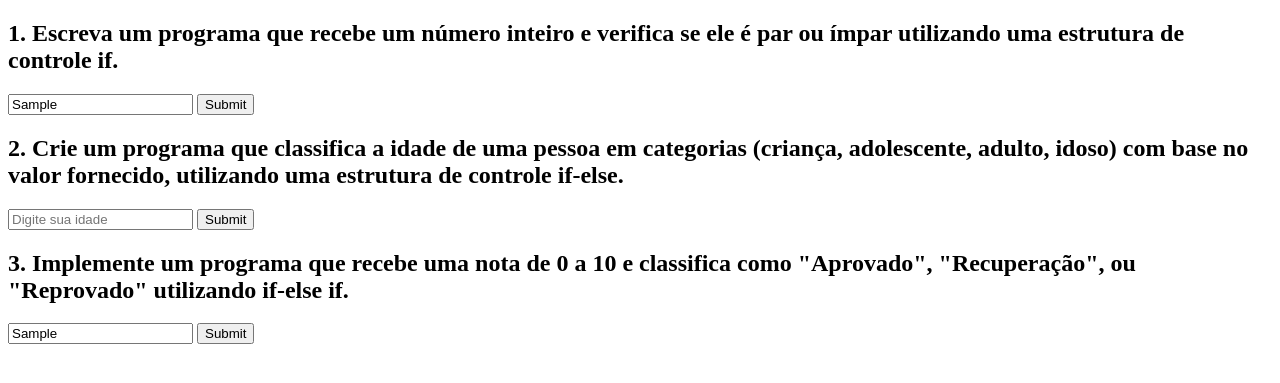
Repository: chidekina/prati-logica
Page: index.html
The author's editor kept a copy of each file at every save. The page is drawn from the files as they stood at one save, then again after the next save.
The browser window is 1280 px wide. The pictures show the whole page.
Empty fields were first filled with sample values (such as "Sample", 5 or name@example.com).
After loading, the first visible `input[onclick="classificacaoEtaria()"]` was clicked once.

Above is the page before, as saved 2025-04-29 14:01:10.

After the next save:
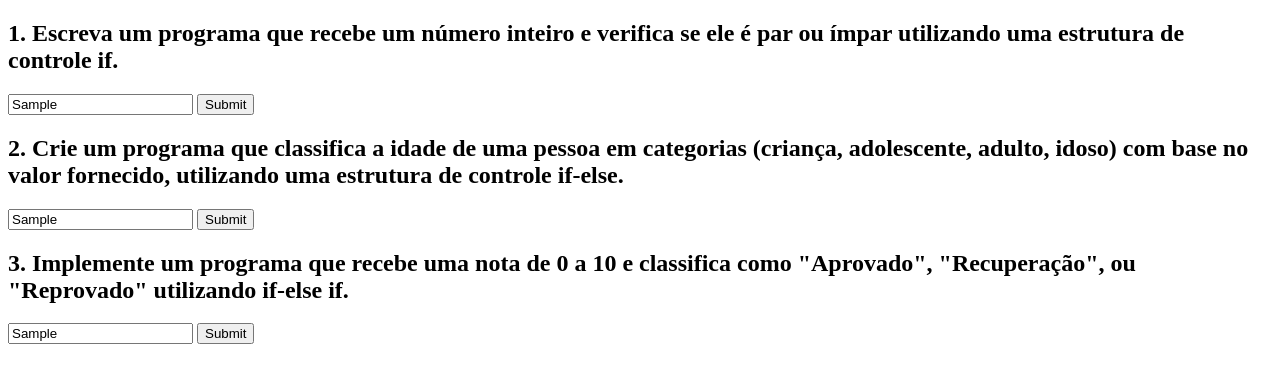
Console error: SyntaxError: Unexpected token ')'
Saved 9 s later.
--- a/app.js
+++ b/app.js
@@ -13,7 +13,7 @@
 
 function classificacaoEtaria() {
   const task2 = document.getElementById("task2");
-  const idade = parseInt(task2.value);
+  const idade = task2.value);
   let classificacao;
   let answer2 = document.getElementById("answer2");
 

After the save that followed:
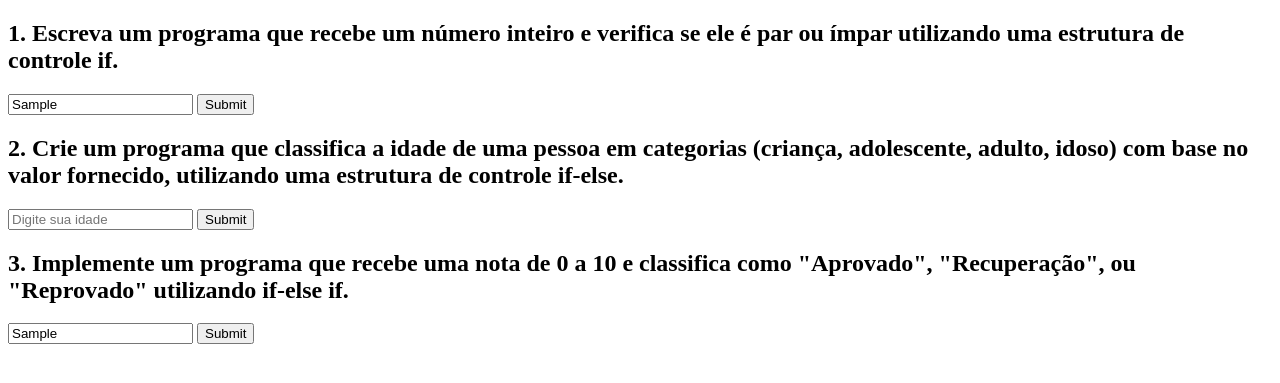
The error is gone.
Saved 4 s later.
--- a/app.js
+++ b/app.js
@@ -13,7 +13,7 @@
 
 function classificacaoEtaria() {
   const task2 = document.getElementById("task2");
-  const idade = task2.value);
+  const idade = task2.value;
   let classificacao;
   let answer2 = document.getElementById("answer2");
 
